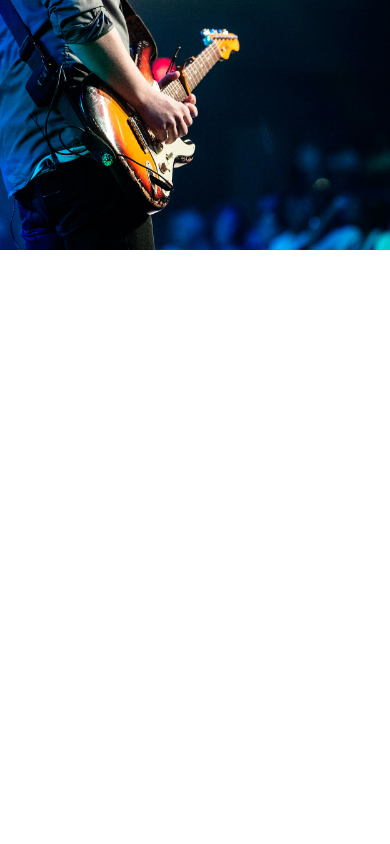
Repository: AleMicky/layout
Screen: /
These files come from the project's save history. The screen is drawn as it stood at one moment and after a run of saves; the edit follows.
The app was drawn by React Native's web renderer in a window 390 px wide. The project was rebuilt for these pictures with package versions that can differ from the ones it lists, and the page was loaded fresh each time.

Above is the screen before, as saved 2020-06-27 16:12:20.

After the next 2 saves:
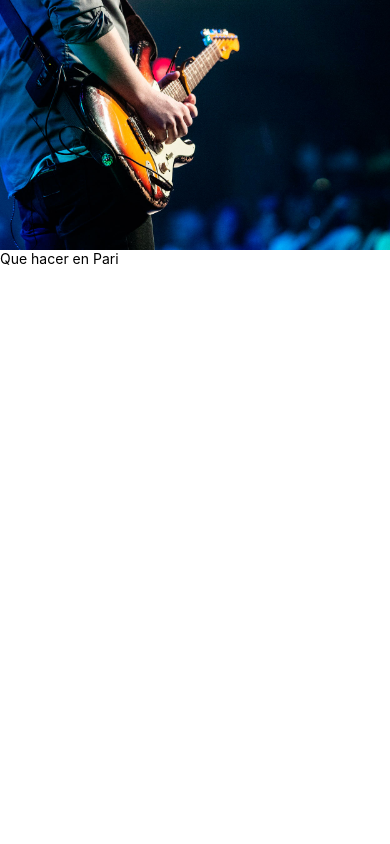
The 2 saves are shown as one change because 1 did not build or start.
The last was saved 95 s later.
--- a/App.js
+++ b/App.js
@@ -1,5 +1,5 @@
 import React from 'react';
-import { StyleSheet, View, Image } from 'react-native';
+import { StyleSheet, View, Image, Text } from 'react-native';
 
 
 const App = () => {
@@ -8,6 +8,9 @@ const App = () => {
       <View style={{flexDirection:'row'}}>
           <Image  style={styles.banner}
                   source={require('./assets/img/bg.jpg')} />
+      </View>
+      <View>
+          <Text>Que hacer en Pari</Text>
       </View>
     </>
   );
